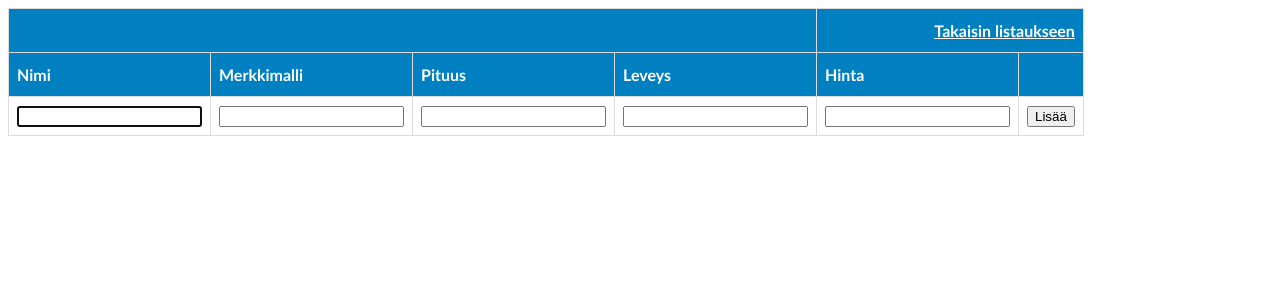
Repository: a1503589/ohjelmointi2-lopputyo
Page: http://localhost/autot/lisaavene.jsp
These files come from the project's save history. The page is drawn as it stood at one moment and after the next save; the edit follows.
The browser window is 1280 px wide. The pictures show the whole page.
The page is served by Tomcat 9.

Above is the page before, as saved 2021-12-14 17:27:21.

After the next save:
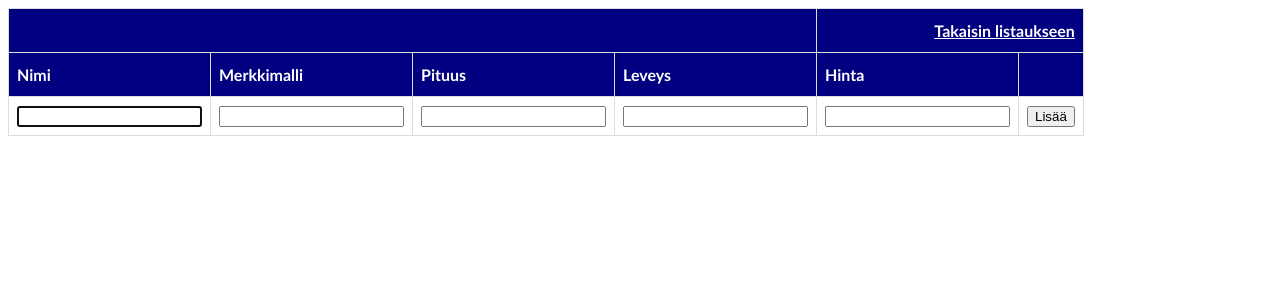
Saved 35 s later.
--- a/autot/src/main/webapp/css/main.css
+++ b/autot/src/main/webapp/css/main.css
@@ -18,7 +18,7 @@ table th {
   padding-top: 12px;
   padding-bottom: 12px;
   text-align: left;
-  background-color: rgb(0, 128, 192);
+  background-color: navy;
   color: white;
 }
 
